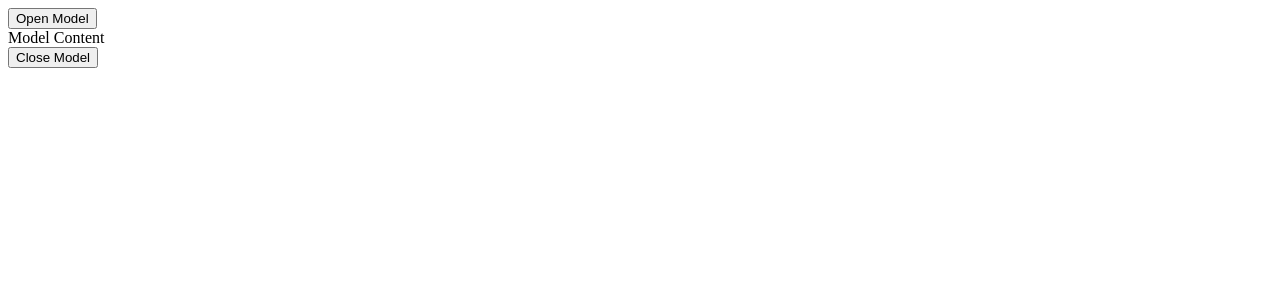
Repository: Vardhan1999/Daily-React-Apps
Page: /, after clicking the first element matching `button`
These files come from the project's save history. The page is drawn as it stood at one moment and after the next save; the edit follows.
The browser window is 1280 px wide. The pictures show the whole page.
The project was rebuilt for these pictures with package versions that can differ from the ones it lists, and the page was loaded fresh each time. Also part of the build but not shown: vite.config.js, src/index.css.

Above is the page before, as saved 2025-11-12 23:43:47.

### src/App.jsx
import React, { useState } from "react";

export default function App() {
    const [open, setOpen] = useState(false);

    return (
        <>
            <button onClick={() => setOpen(true)}>Open Model</button>
            {open && (
                <div>
                    <div>Model Content</div>
                    <button onClick={() => setOpen(false)}>Close Model</button>
                </div>
            )}
        </>
    )
}

Loaded but not shown: index.html (common file); src/main.jsx (common file)

After the next save:
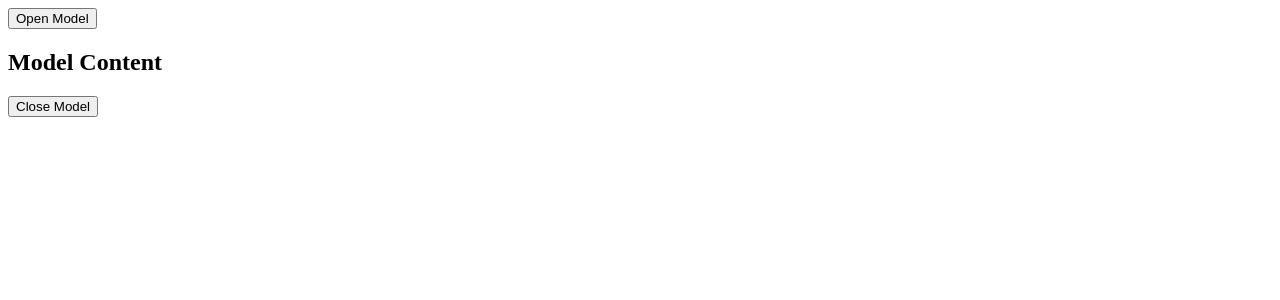
Saved 17 s later.
--- a/src/App.jsx
+++ b/src/App.jsx
@@ -8,7 +8,7 @@ export default function App() {
             <button onClick={() => setOpen(true)}>Open Model</button>
             {open && (
                 <div>
-                    <div>Model Content</div>
+                    <h2>Model Content</h2>
                     <button onClick={() => setOpen(false)}>Close Model</button>
                 </div>
             )}
